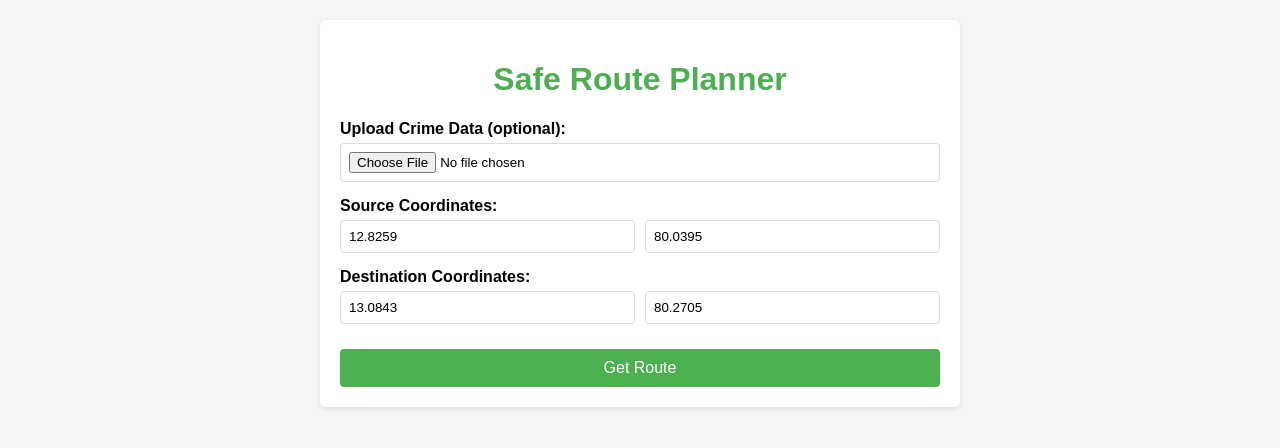
Repository: Aiswarya-Chakrapani/safe-route-navigation
Page: public/index.html
The author's editor kept a copy of each file at every save. The page is drawn from the files as they stood at one save, then again after the next save.
The browser window is 1280 px wide. The pictures show the whole page.

Above is the page before, as saved 2025-04-15 07:39:35.

After the next save:
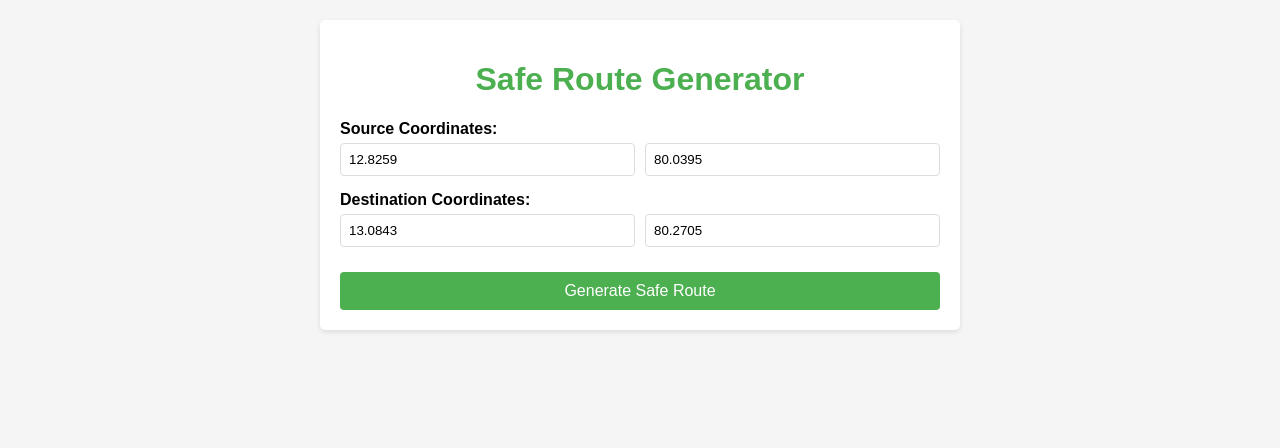
Saved 14 s later.
--- a/public/index.html
+++ b/public/index.html
@@ -3,7 +3,7 @@
 <head>
     <meta charset="UTF-8">
     <meta name="viewport" content="width=device-width, initial-scale=1.0">
-    <title>Safe Route Planner</title>
+    <title>Safe Route Generator</title>
     <style>
         body {
             font-family: Arial, sans-serif;
@@ -31,7 +31,7 @@
             margin-bottom: 5px;
             font-weight: bold;
         }
-        input[type="text"], input[type="file"] {
+        input[type="text"] {
             width: 100%;
             padding: 8px;
             border: 1px solid #ddd;
@@ -59,15 +59,11 @@
         button:hover {
             background-color: #45a049;
         }
-        button:disabled {
-            background-color: #cccccc;
-            cursor: not-allowed;
-        }
         .result {
             margin-top: 20px;
             text-align: center;
         }
-        .google-maps-link {
+        .maps-link {
             display: inline-block;
             margin-top: 20px;
             padding: 10px 20px;
@@ -77,28 +73,19 @@
             border-radius: 4px;
             font-weight: bold;
         }
-        .google-maps-link:hover {
-            background-color: #3367D6;
-        }
-        .loading {
+        .loading, .error {
             text-align: center;
+            margin-top: 20px;
             display: none;
         }
         .error {
             color: red;
-            margin-top: 10px;
-            display: none;
         }
     </style>
 </head>
 <body>
     <div class="container">
-        <h1>Safe Route Planner</h1>
-
-        <div class="form-group">
-            <label for="crime-data">Upload Crime Data (optional):</label>
-            <input type="file" id="crime-data" accept=".csv">
-        </div>
+        <h1>Safe Route Generator</h1>
 
         <div class="form-group">
             <label for="source-coords">Source Coordinates:</label>
@@ -116,68 +103,61 @@
             </div>
         </div>
 
-        <button id="calculate-btn">Get Route</button>
+        <button id="generate-btn">Generate Safe Route</button>
 
         <div id="loading" class="loading">Calculating route...</div>
         <div id="error" class="error"></div>
 
         <div id="result" class="result" style="display:none;">
-            <a id="maps-link" href="#" target="_blank" class="google-maps-link">
+            <a id="maps-link" href="#" target="_blank" class="maps-link">
                 Open in Google Maps
             </a>
         </div>
     </div>
 
     <script>
-        // DOM elements
-        const calculateBtn = document.getElementById('calculate-btn');
-        const loading = document.getElementById('loading');
-        const error = document.getElementById('error');
-        const result = document.getElementById('result');
-        const mapsLink = document.getElementById('maps-link');
-
-        // Calculate button click handler
-        calculateBtn.addEventListener('click', async () => {
-            // Get coordinates
+        document.getElementById('generate-btn').addEventListener('click', async () => {
             const sourceLat = document.getElementById('source-lat').value.trim();
             const sourceLon = document.getElementById('source-lon').value.trim();
             const destLat = document.getElementById('dest-lat').value.trim();
             const destLon = document.getElementById('dest-lon').value.trim();
-            const crimeDataFile = document.getElementById('crime-data').files[0];
 
-            // Validate coordinates
+            const loading = document.getElementById('loading');
+            const error = document.getElementById('error');
+            const result = document.getElementById('result');
+            const mapsLink = document.getElementById('maps-link');
+
+            // Validate inputs
             if (!sourceLat || !sourceLon || !destLat || !destLon) {
-                showError('Please enter all coordinates');
+                error.textContent = 'Please enter all coordinates';
+                error.style.display = 'block';
                 return;
             }
 
-            // Show loading
-            showLoading();
-            hideError();
-            hideResult();
+            // Reset UI
+            loading.style.display = 'block';
+            error.style.display = 'none';
+            result.style.display = 'none';
 
             try {
-                // Create form data
-                const formData = new FormData();
-                formData.append('sourceLat', sourceLat);
-                formData.append('sourceLon', sourceLon);
-                formData.append('destLat', destLat);
-                formData.append('destLon', destLon);
-
-                if (crimeDataFile) {
-                    formData.append('crimeData', crimeDataFile);
-                }
-
                 // Send request
                 const response = await fetch('/api/route', {
                     method: 'POST',
-                    body: formData
+                    headers: {
+                        'Content-Type': 'application/json'
+                    },
+                    body: JSON.stringify({
+                        sourceLat,
+                        sourceLon,
+                        destLat,
+                        destLon
+                    })
                 });
 
                 // Check for errors
                 if (!response.ok) {
                     const data = await response.json();
-                    throw new Error(data.error || 'Failed to get route');
+                    throw new Error(data.error || 'Failed to generate route');
                 }
 
                 // Get URL from response
@@ -185,41 +165,14 @@
 
                 // Show result
                 mapsLink.href = data.googleMapsUrl;
-                showResult();
+                result.style.display = 'block';
             } catch (err) {
-                showError(err.message || 'An error occurred');
+                error.textContent = err.message || 'An error occurred';
+                error.style.display = 'block';
             } finally {
-                hideLoading();
+                loading.style.display = 'none';
             }
         });
-
-        // Helper functions
-        function showLoading() {
-            loading.style.display = 'block';
-            calculateBtn.disabled = true;
-        }
-
-        function hideLoading() {
-            loading.style.display = 'none';
-            calculateBtn.disabled = false;
-        }
-
-        function showError(message) {
-            error.textContent = message;
-            error.style.display = 'block';
-        }
-
-        function hideError() {
-            error.style.display = 'none';
-        }
-
-        function showResult() {
-            result.style.display = 'block';
-        }
-
-        function hideResult() {
-            result.style.display = 'none';
-        }
     </script>
 </body>
 </html>
